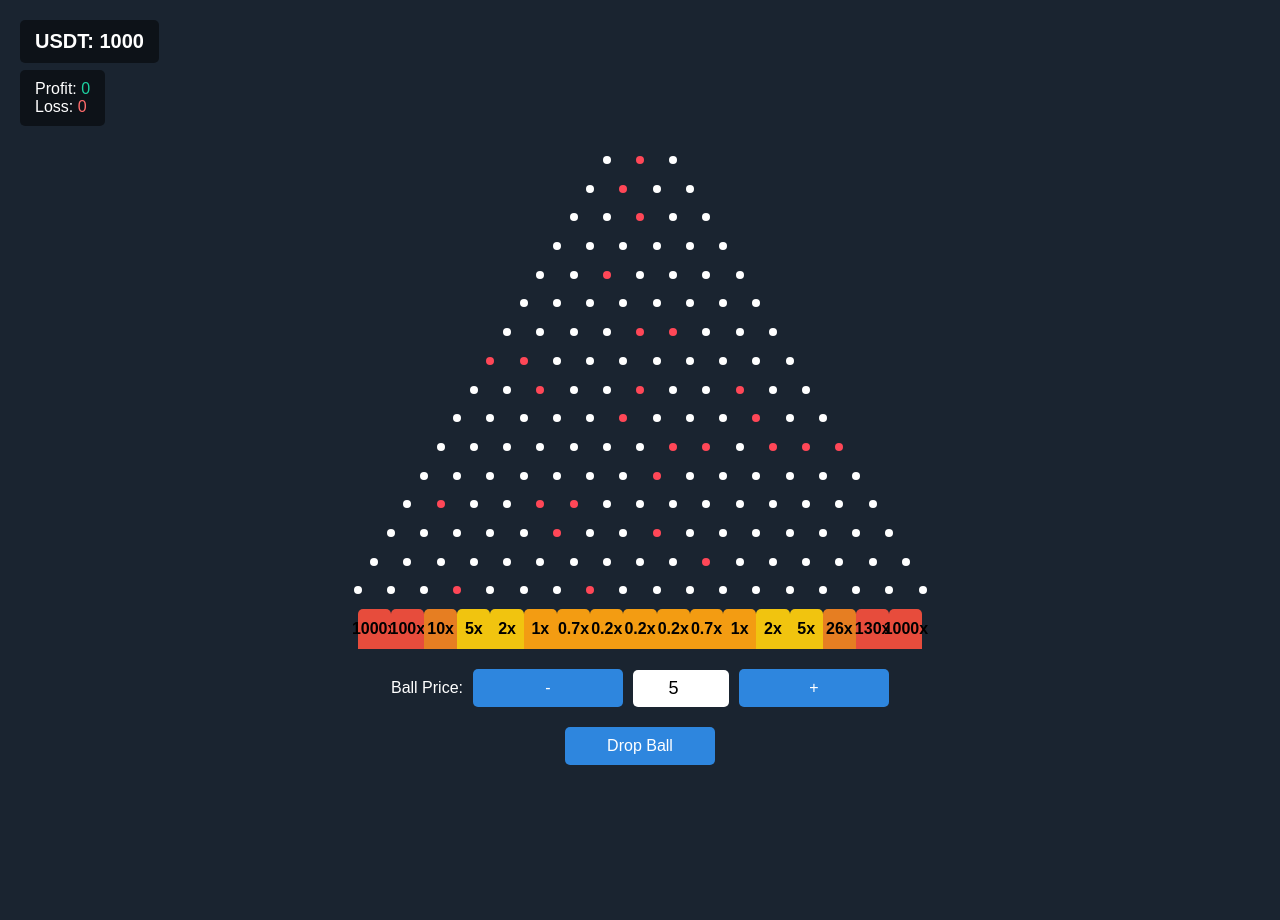
Repository: daffa-alif/PLINKO-JS
Page: plinko.html
The author's editor kept a copy of each file at every save. The page is drawn from the files as they stood at one save, then again after the next save.
The browser window is 1280 px wide. The pictures show the whole page.

Above is the page before, as saved 2025-03-07 08:46:53.

### plinko.html
<!DOCTYPE html>
<html lang="en">
<head>
    <meta charset="UTF-8">
    <meta name="viewport" content="width=device-width, initial-scale=1.0">
    <title>Plinko Game</title>
    <style>
        body {
            padding: 100px;
            background-color: #1a2430;
            font-family: Arial, sans-serif;
            display: flex;
            justify-content: center;
            align-items: center;
            height: 100vh;
            margin: 0;
            color: white;
            overflow: hidden;
        }

        .container {
            position: relative;
            width: 600px;
            height: 700px;
            display: flex;
            flex-direction: column;
            align-items: center;
        }

        .plinko-board {
            position: relative;
            width: 500px;
            height: 600px;
        }

        .peg {
            position: absolute;
            width: 8px;
            height: 8px;
            background-color: white;
            border-radius: 50%;
            transform: translate(-50%, -50%);
        }

        .highlight-peg {
            background-color: #ff4757;
        }

        .ball {
            position: absolute;
            width: 16px;
            height: 16px;
            background-color: #ff6b81;
            border-radius: 50%;
            z-index: 10;
            transform: translate(-50%, -50%);
        }

        .buckets {
            display: flex;
            width: 100%;
            justify-content: space-between;
            position: absolute;
            bottom: 0;
        }

        .bucket {
            width: 55px;
            height: 40px;
            display: flex;
            justify-content: center;
            align-items: center;
            font-weight: bold;
            color: black;
            border-top-left-radius: 5px;
            border-top-right-radius: 5px;
        }

        .controls {
            margin-top: 20px;
            display: flex;
            flex-direction: column;
            align-items: center;
            gap: 10px;
            width: 100%;
        }

        button {
            padding: 10px 20px;
            font-size: 16px;
            border: none;
            border-radius: 5px;
            background-color: #2e86de;
            color: white;
            cursor: pointer;
            width: 150px;
        }

        button:hover {
            background-color: #54a0ff;
        }

        button:disabled {
            background-color: #7f8c8d;
            cursor: not-allowed;
        }

        .balance {
            position: absolute;
            top: 20px;
            left: 20px;
            font-size: 20px;
            font-weight: bold;
            background-color: rgba(0, 0, 0, 0.5);
            padding: 10px 15px;
            border-radius: 5px;
            z-index: 100;
        }

        .statistics {
            position: absolute;
            top: 70px;
            left: 20px;
            font-size: 16px;
            background-color: rgba(0, 0, 0, 0.5);
            padding: 10px 15px;
            border-radius: 5px;
            z-index: 100;
        }

        .profit {
            color: #1dd1a1;
        }

        .loss {
            color: #ff6b6b;
        }

        .price-controls {
            display: flex;
            align-items: center;
            gap: 10px;
            margin-bottom: 10px;
        }

        input {
            padding: 8px;
            width: 80px;
            text-align: center;
            font-size: 18px;
            border-radius: 5px;
            border: none;
        }

        .results {
            margin-top: 10px;
            font-size: 18px;
            color: #1dd1a1;
            height: 25px;
        }

        .falling-ball-animation {
            display: block;
            position: absolute;
            top: 0;
            left: 50%;
            transform: translateX(-50%);
            width: 16px;
            height: 16px;
            background-color: #ff6b81;
            border-radius: 50%;
            z-index: 11;
            animation: fallAnimation 1s ease-in;
        }

        @keyframes fallAnimation {
            0% {
                top: -20px;
            }
            100% {
                top: 20px;
            }
        }
    </style>
</head>
<body>
    <div class="balance">USDT: <span id="balance">1000</span></div>
    <div class="statistics">
        Profit: <span id="profit" class="profit">0</span><br>
        Loss: <span id="loss" class="loss">0</span>
    </div>
    <div class="container">
        <div class="plinko-board" id="plinkoBoard"></div>
        <div class="controls">
            <div class="price-controls">
                <span>Ball Price:</span>
                <button id="decreasePrice">-</button>
                <input type="number" id="ballPrice" value="5" min="5" max="1000">
                <button id="increasePrice">+</button>
            </div>
            <button id="dropButton">Drop Ball</button>
            <div class="results" id="results"></div>
        </div>
    </div>

    <script>
        // Game configuration
        const config = {
            rows: 16,                // Number of rows of pegs
            pegsStartCount: 3,       // Start with 3 pegs at the top row
            ballSpeed: 0.5,
            gravity: 0.15,
            friction: 0.99,
            pegInfluence: 0.6,
            maxActiveBalls: 10,
            // Updated multipliers to match the image exactly
            multipliers: [1000, 100, 10, 5, 2, 1, 0.7, 0.2, 0.2, 0.2, 0.7, 1, 2, 5, 26, 130, 1000],
            horizontalSpacingFactor: 1.13
        };

        let balance = 1000;
        let totalProfit = 0;
        let totalLoss = 0;
        let ballPrice = 30;
        let activeBalls = [];
        let pegLayout = [];

        // Initialize the board
        function initializeBoard() {
            const board = document.getElementById('plinkoBoard');
            const boardWidth = board.clientWidth;
            const boardHeight = board.clientHeight;

            // Calculate peg spacing for the wider triangular pattern
            const horizontalSpacing = (boardWidth / (config.rows + 1)) * config.horizontalSpacingFactor;
            const verticalSpacing = (boardHeight - 80) / (config.rows);

            // Create pegs in a triangular pattern with progressive row lengths
            for (let row = 0; row < config.rows; row++) {
                // Calculate number of pegs in this row (increase by 1 for each row, starting with config.pegsStartCount)
                const pegsInRow = config.pegsStartCount + row;

                // Calculate the starting position for the first peg in the row
                const rowStartX = boardWidth / 2 - (horizontalSpacing * (pegsInRow - 1)) / 2;

                for (let col = 0; col < pegsInRow; col++) {
                    const peg = document.createElement('div');
                    peg.className = 'peg';

                    // Add some highlight pegs (red pegs)
                    if (Math.random() < 0.2) {
                        peg.classList.add('highlight-peg');
                    }

                    // Calculate position for evenly distributed pegs
                    const offsetX = rowStartX + col * horizontalSpacing;
                    const offsetY = verticalSpacing * row + 50;

                    peg.style.left = `${offsetX}px`;
                    peg.style.top = `${offsetY}px`;

                    board.appendChild(peg);

                    // Store peg position for collision detection
                    pegLayout.push({
                        x: offsetX,
                        y: offsetY,
                        highlight: peg.classList.contains('highlight-peg'),
                        element: peg
                    });
                }
            }

            // Create buckets - FIXED VERSION
            const buckets = document.createElement('div');
            buckets.className = 'buckets';

            // Get the last row of pegs to align buckets with
            const lastRowPegs = pegLayout.slice(-config.pegsStartCount - config.rows + 1);
            const leftmostPeg = lastRowPegs[0].x;
            const rightmostPeg = lastRowPegs[lastRowPegs.length - 1].x;
            const bucketAreaWidth = rightmostPeg - leftmostPeg;

            // Define colors for buckets based on multipliers
            const getColorForMultiplier = (multiplier) => {
                if (multiplier >= 100) return '#e74c3c';      // Red for highest multipliers
                if (multiplier >= 10) return '#e67e22';       // Orange for high multipliers
                if (multiplier >= 2) return '#f1c40f';        // Yellow for medium multipliers
                return '#f39c12';                             // Gold for low multipliers
            };

            // Set the buckets container width to match the width of the last row of pegs
            buckets.style.width = `${bucketAreaWidth}px`;
            buckets.style.left = `${leftmostPeg}px`;
            buckets.style.position = 'absolute';

            // Add bucket divs to match the multipliers
            const multiplierCount = config.multipliers.length;
            const bucketWidth = bucketAreaWidth / multiplierCount;

            for (let i = 0; i < multiplierCount; i++) {
                const bucket = document.createElement('div');
                bucket.className = 'bucket';
                bucket.style.backgroundColor = getColorForMultiplier(config.multipliers[i]);
                bucket.textContent = `${config.multipliers[i]}x`;
                bucket.style.width = `${bucketWidth}px`;
                buckets.appendChild(bucket);
            }

            board.appendChild(buckets);
        }

        // Create a falling ball animation
        function showBallDropAnimation() {
            return new Promise(resolve => {
                const board = document.getElementById('plinkoBoard');
                const fallingBall = document.createElement('div');
                fallingBall.className = 'falling-ball-animation';
                board.appendChild(fallingBall);

                setTimeout(() => {
                    fallingBall.remove();
                    resolve();
                }, 500);
            });
        }

        // Create a ball and start animation
        async function dropBall() {
            const currentBallPrice = parseInt(document.getElementById('ballPrice').value);
            if (balance < currentBallPrice) {
                document.getElementById('results').textContent = "Not enough balance!";
                setTimeout(() => {
                    document.getElementById('results').textContent = "";
                }, 2000);
                return;
            }

            // Check if we've reached the maximum number of active balls
            if (activeBalls.length >= config.maxActiveBalls) {
                document.getElementById('results').textContent = "Too many balls in play!";
                setTimeout(() => {
                    document.getElementById('results').textContent = "";
                }, 2000);
                return;
            }

            // Deduct ball price from balance
            balance -= currentBallPrice;
            document.getElementById('balance').textContent = balance;

            // Show the ball drop animation
            await showBallDropAnimation();

            const board = document.getElementById('plinkoBoard');
            const boardWidth = board.clientWidth;

            // Ball starts at the top center of the board
            const ball = document.createElement('div');
            ball.className = 'ball';
            ball.style.left = `${boardWidth / 2}px`;
            ball.style.top = '20px';
            board.appendChild(ball);

            // Create a new ball object
            const newBall = {
                element: ball,
                id: Date.now(),
                x: boardWidth / 2,
                y: 20,
                vx: (Math.random() - 0.5) * 0.5,
                vy: 1,
                radius: 8,
                price: currentBallPrice
            };

            // Add ball to active balls array
            activeBalls.push(newBall);

            // Start animation if it's not already running
            if (activeBalls.length === 1) {
                requestAnimationFrame(animateAllBalls);
            }
        }

        // Animate all active balls
        function animateAllBalls(timestamp) {
            if (activeBalls.length === 0) return;

            const board = document.getElementById('plinkoBoard');
            const boardWidth = board.clientWidth;
            const boardHeight = board.clientHeight;

            // Get bucket positions for collision detection - FIXED VERSION
            const buckets = document.querySelector('.buckets');
            const bucketsRect = buckets.getBoundingClientRect();
            const boardRect = board.getBoundingClientRect();

            const bucketsLeft = bucketsRect.left - boardRect.left;
            const bucketsWidth = bucketsRect.width;
            const bucketCount = config.multipliers.length;
            const bucketWidth = bucketsWidth / bucketCount;

            // Process each active ball
            for (let i = activeBalls.length - 1; i >= 0; i--) {
                const ball = activeBalls[i];

                // Apply gravity
                ball.vy += config.gravity;

                // Apply friction
                ball.vx *= config.friction;
                ball.vy *= config.friction;

                // Update position
                ball.x += ball.vx;
                ball.y += ball.vy;

                // Collision with side walls
                if (ball.x - ball.radius < 0) {
                    ball.x = ball.radius;
                    ball.vx = -ball.vx * 0.5;
                } else if (ball.x + ball.radius > boardWidth) {
                    ball.x = boardWidth - ball.radius;
                    ball.vx = -ball.vx * 0.5;
                }

                // Collision with pegs
                for (const peg of pegLayout) {
                    const dx = ball.x - peg.x;
                    const dy = ball.y - peg.y;
                    const distance = Math.sqrt(dx * dx + dy * dy);

                    if (distance < ball.radius + 6) {
                        // Calculate the angle of collision
                        const angle = Math.atan2(dy, dx);

                        // Move the ball outside of the peg
                        const newX = peg.x + (ball.radius + 6) * Math.cos(angle);
                        const newY = peg.y + (ball.radius + 6) * Math.sin(angle);

                        ball.x = newX;
                        ball.y = newY;

                        // Add randomness to the bounce but with a slight bias toward outer edges
                        let randomness = (Math.random() * 2 - 1) * config.pegInfluence;

                        // Very subtle bias toward edges
                        if (ball.x < boardWidth * 0.3) {
                            randomness -= 0.05; // Slight bias leftward
                        } else if (ball.x > boardWidth * 0.7) {
                            randomness += 0.05; // Slight bias rightward
                        }

                        // Update velocity with a bounce effect and randomness
                        const speed = Math.sqrt(ball.vx * ball.vx + ball.vy * ball.vy);
                        ball.vx = Math.cos(angle + randomness) * speed;
                        ball.vy = Math.sin(Math.abs(angle + randomness)) * speed; // Keep ball moving downward

                        // Highlight the peg temporarily
                        peg.element.style.backgroundColor = '#ffdd59';
                        setTimeout(() => {
                            peg.element.style.backgroundColor = peg.highlight ? '#ff4757' : 'white';
                        }, 100);
                    }
                }

                // Check if ball reached bucket level
                if (ball.y > boardHeight - 60) {
                    // Calculate which bucket the ball fell into based on the fixed buckets position - FIXED VERSION
                    let bucketIndex = -1;

                    // Check if the ball is within the bucket area
                    if (ball.x >= bucketsLeft && ball.x <= bucketsLeft + bucketsWidth) {
                        // Calculate the bucket index based on the ball's position relative to the buckets
                        bucketIndex = Math.floor((ball.x - bucketsLeft) / bucketWidth);
                        bucketIndex = Math.min(bucketIndex, bucketCount - 1);
                    } else {
                        // If the ball is outside the bucket area, put it in the nearest edge bucket
                        bucketIndex = ball.x < bucketsLeft ? 0 : bucketCount - 1;
                    }

                    // Apply multiplier to the bet
                    const multiplier = config.multipliers[bucketIndex];
                    const winAmount = Math.floor(ball.price * multiplier);
                    balance += winAmount;
                    document.getElementById('balance').textContent = balance;

                    // Update profit/loss statistics
                    if (winAmount > ball.price) {
                        const profit = winAmount - ball.price;
                        totalProfit += profit;
                        document.getElementById('profit').textContent = totalProfit;
                    } else if (winAmount < ball.price) {
                        const loss = ball.price - winAmount;
                        totalLoss += loss;
                        document.getElementById('loss').textContent = totalLoss;
                    }

                    // Display result message
                    const resultElement = document.getElementById('results');
                    if (winAmount > ball.price) {
                        resultElement.textContent = `You won ${winAmount} USDT!`;
                        resultElement.style.color = '#1dd1a1';
                    } else if (winAmount < ball.price) {
                        resultElement.textContent = `You lost ${ball.price - winAmount} USDT`;
                        resultElement.style.color = '#ff6b6b';
                    } else {
                        resultElement.textContent = `You broke even!`;
                        resultElement.style.color = '#f7d794';
                    }

                    // Highlight the winning bucket
                    const bucketElements = document.querySelectorAll('.bucket');
                    bucketElements[bucketIndex].style.transform = 'translateY(-5px)';
                    setTimeout(() => {
                        bucketElements[bucketIndex].style.transform = 'translateY(0)';
                    }, 300);

                    // Remove ball from DOM
                    ball.element.remove();

                    // Remove ball from active balls array
                    activeBalls.splice(i, 1);
                }

                // Update ball position in DOM
                ball.element.style.left = `${ball.x}px`;
                ball.element.style.top = `${ball.y}px`;
            }

            // Continue animation if there are still active balls
            if (activeBalls.length > 0) {
                requestAnimationFrame(animateAllBalls);
            }
        }

        // Initialize the game
        window.addEventListener('DOMContentLoaded', () => {
            initializeBoard();

            // Update balance display
            document.getElementById('balance').textContent = balance;

            // Add event listener for the drop button
            document.getElementById('dropButton').addEventListener('click', () => {
                dropBall();
            });

            // Add event listeners for ball price adjustment
            document.getElementById('decreasePrice').addEventListener('click', () => {
                const priceInput = document.getElementById('ballPrice');
                let currentPrice = parseInt(priceInput.value);
                if (currentPrice > 5) {
                    priceInput.value = currentPrice - 5;
                }
            });

            document.getElementById('increasePrice').addEventListener('click', () => {
                const priceInput = document.getElementById('ballPrice');
                let currentPrice = parseInt(priceInput.value);
                if (currentPrice < 1000) {
                    priceInput.value = currentPrice + 5;
                }
            });

            // Ensure ball price is valid
            document.getElementById('ballPrice').addEventListener('change', (e) => {
                let value = parseInt(e.target.value);
                if (isNaN(value) || value < 5) {
                    e.target.value = 5;
                } else if (value > 1000) {
                    e.target.value = 1000;
                }
            });
        });
    </script>
</body>
</html>

After the next save:
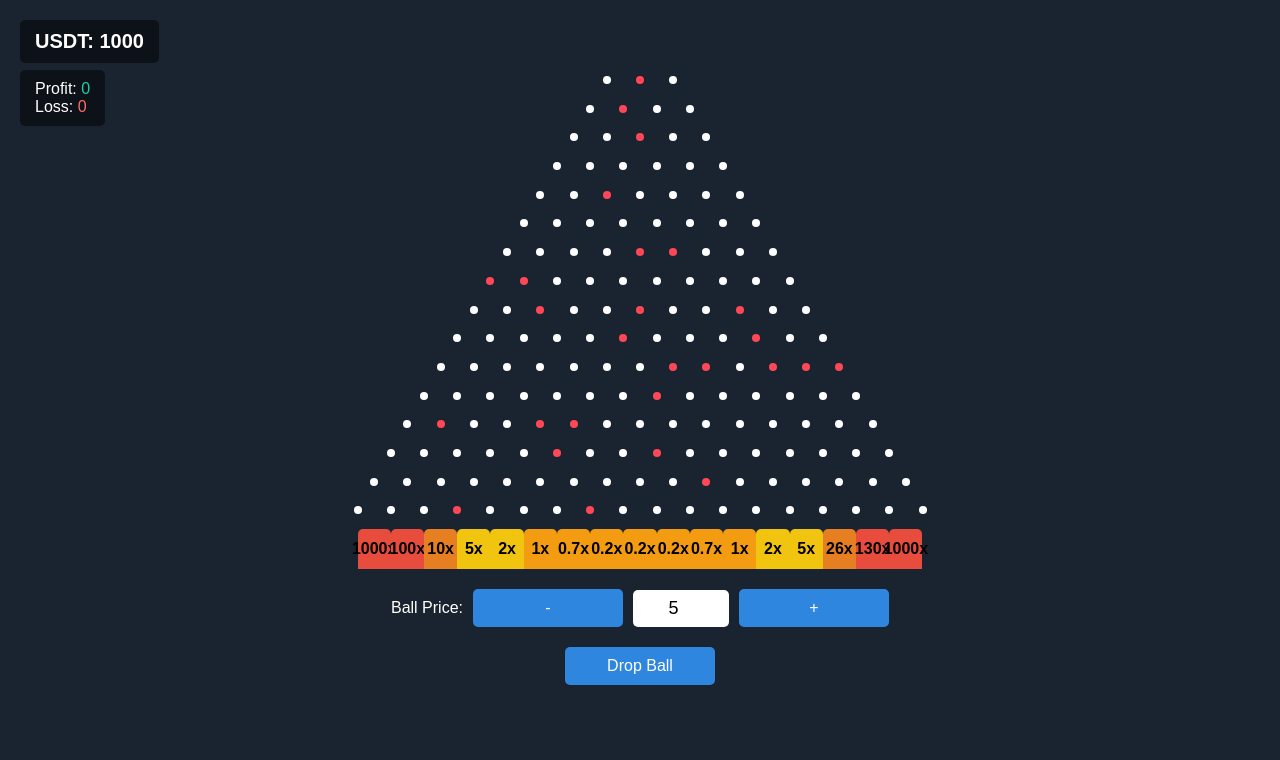
Saved 9 s later.
--- a/plinko.html
+++ b/plinko.html
@@ -6,7 +6,7 @@
     <title>Plinko Game</title>
     <style>
         body {
-            padding: 100px;
+            padding: 20px 20px 20px 20px;
             background-color: #1a2430;
             font-family: Arial, sans-serif;
             display: flex;
